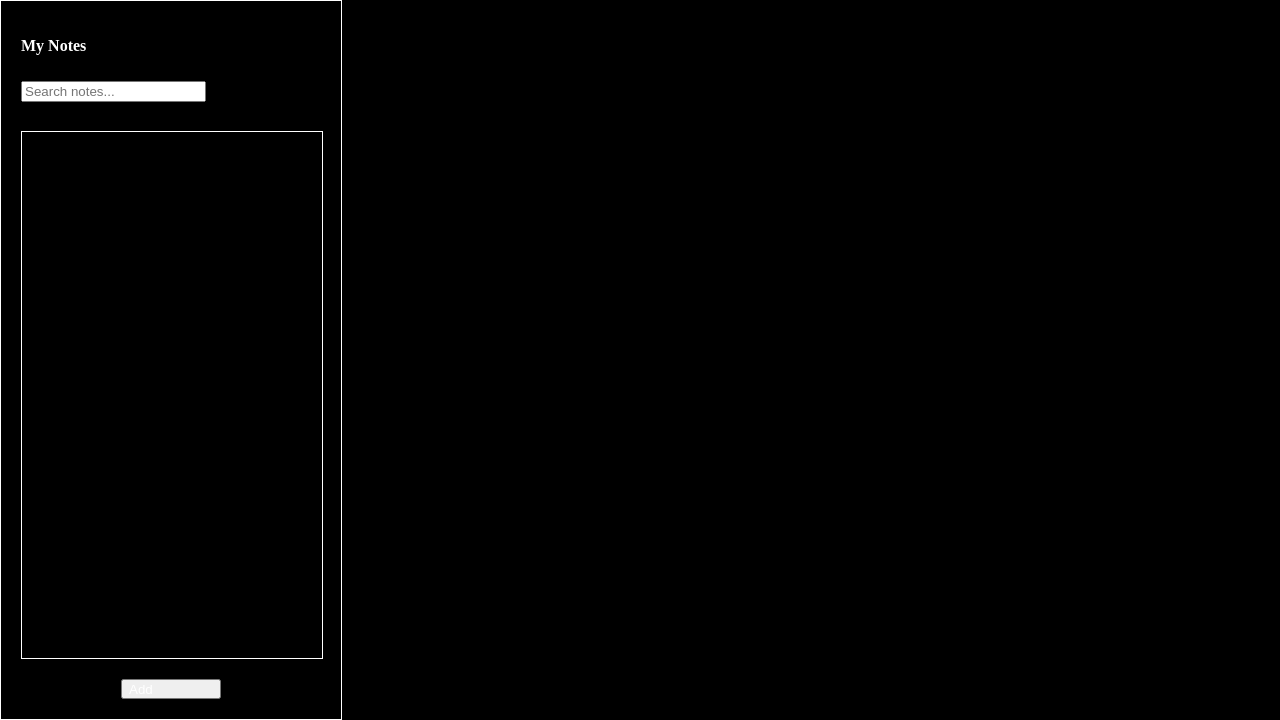
Repository: dmpelaez/myNotes
Page: QuickNotes.html
An editor plug-in stored every save of this project. The page is shown before and after a run of saves, followed by the edit.
The browser window is 1280 px wide. The pictures show the whole page.

Above is the page before, as saved 2025-12-18 20:38:59.

### QuickNotes.html
<!DOCTYPE html>

  <html>

    <head>

      <title>Quick Notes</title>

      <!--CSS LINK-->
      <link rel="stylesheet" href="QuickNotes.css">
    </head>
    <body>

      <aside class="aside-section">

        <!--My notes part-->
        <div class="myNotes">
          <p class="my-notes-text">My Notes</p>
        </div>
        <!--Search notes-->
        <div class="input-box">
          <input class="input" placeholder="Search notes...">
        </div>
        <!--Notes-->
        <div class="note-list"></div>
        <!--add button-->
        <button class="add-button">Add</button>

      </aside>


    </body>

  </html>

### QuickNotes.css
body {
  margin: 0;
  padding: 0;
  background: black;
}
* {
  color: rgb(255, 255, 255);
}
.aside-section {
  border: 1px solid white;
  display: grid;
  width: 300px;
  position: fixed;
  bottom: 0;
  top: 0;
  grid-template-rows: 40px 30px 1fr 20px;
  padding: 20px;
  gap: 20px;
}
.note-list {
  border: 1px solid white;
  width: 100%;
}

.my-notes-text {
  font-weight: bold;
  font-size: 17pxx;
}

.input {
  color: black;

}
.add-button {
  width: 100px;
  display: flex;
  justify-self: center;
}

After the next 2 saves:
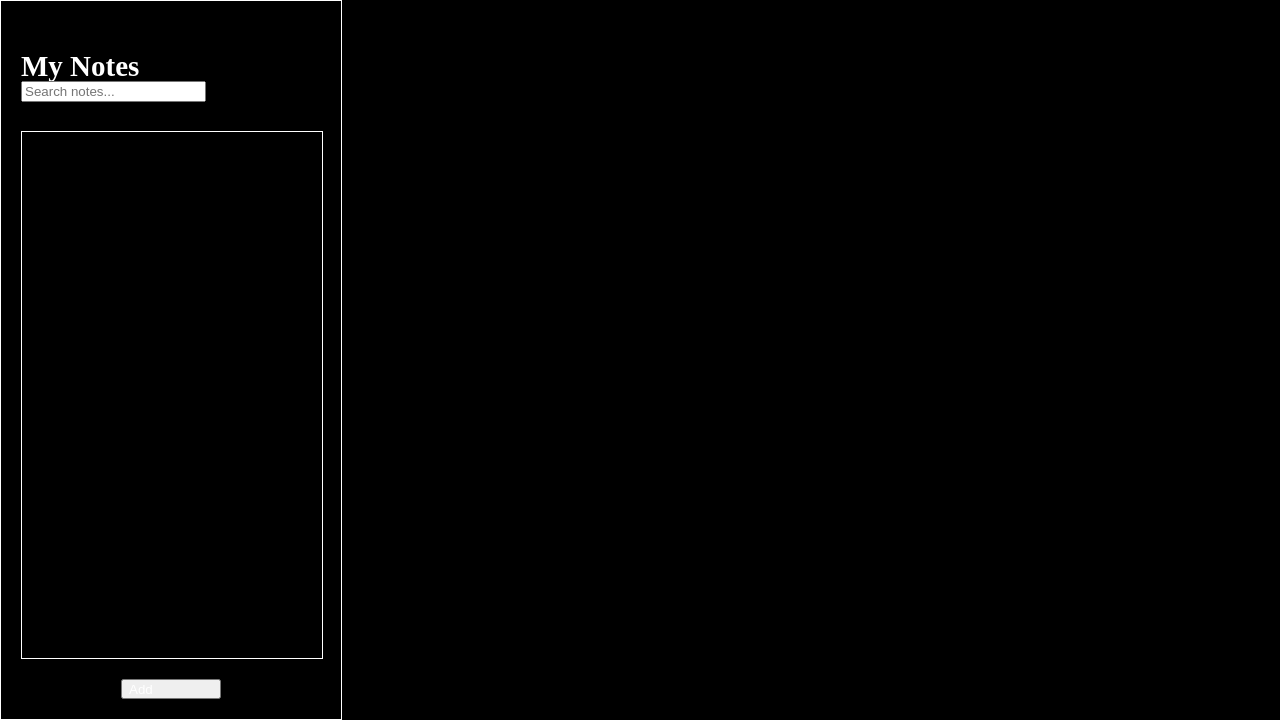
The 2 saves are shown as one change because they came seconds apart.
The last was saved 13 s later.
--- a/QuickNotes.css
+++ b/QuickNotes.css
@@ -24,7 +24,7 @@ body {
 
 .my-notes-text {
   font-weight: bold;
-  font-size: 17pxx;
+  font-size: 29px;
 }
 
 .input {
